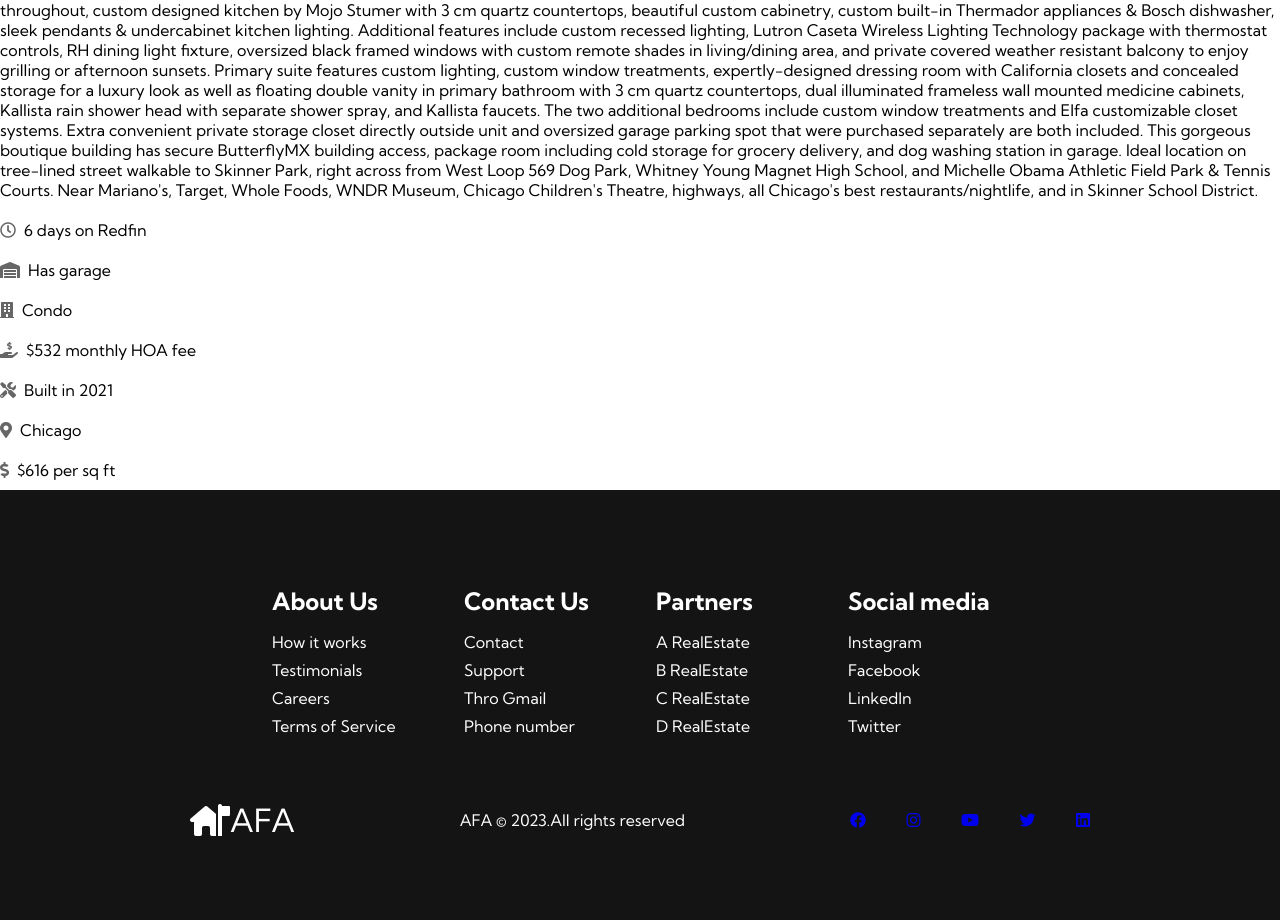
Repository: MrAllin1/ProgWWW_23_Gr1
Page: pages/Apartment1.html
These files come from the project's save history. The page is drawn as it stood at one moment and after the next save; the edit follows.
The browser window is 1280 px wide. The pictures show the part of the page from y = 709 to 1629 px (the page is 1629 px tall).
A picture or video elsewhere on the page could not be fetched, so the positions and the page height are approximate. Some web libraries are served in a nearby version.

Above is the page before, as saved 2024-01-11 01:49:32.

After the next save:
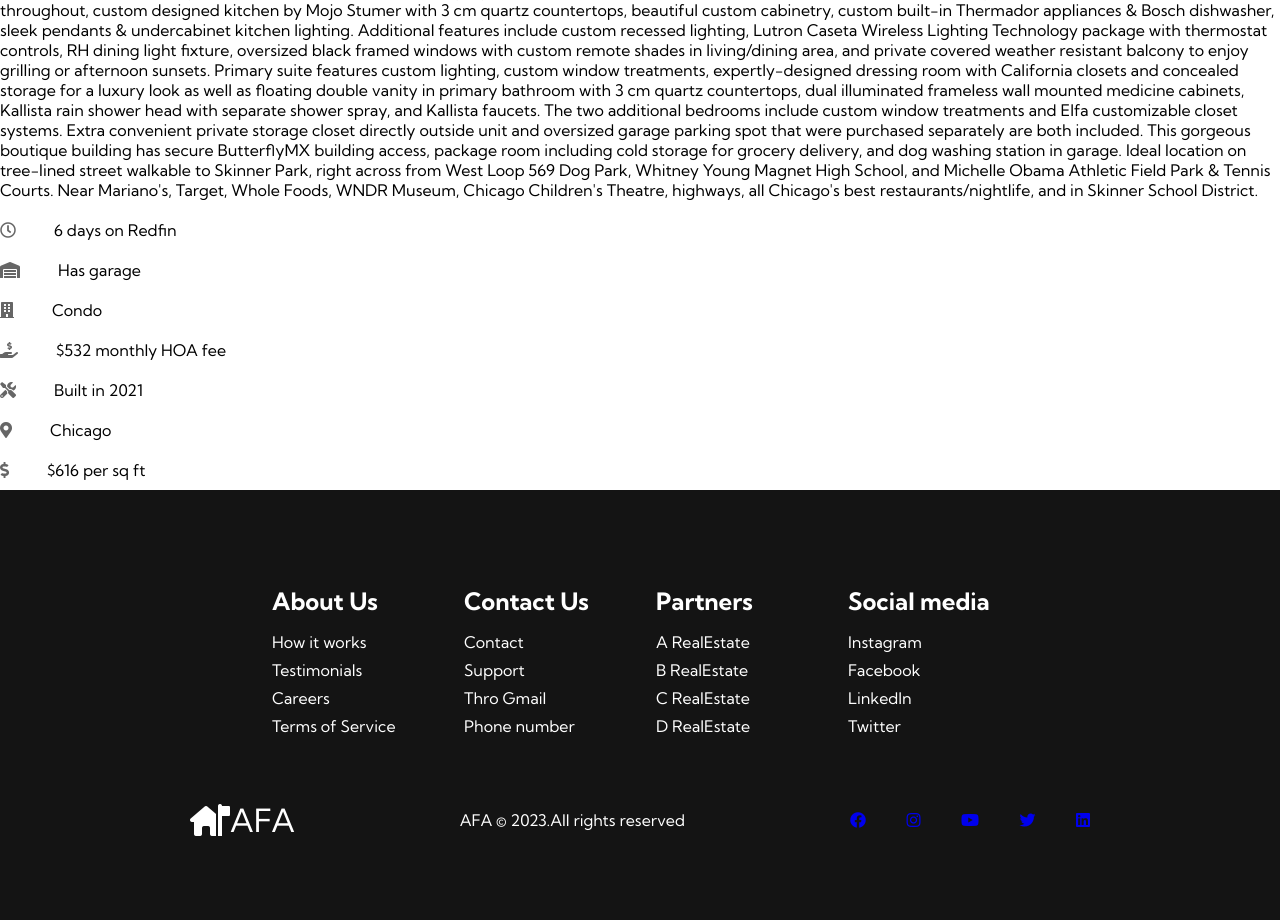
Saved 26 min 17 s later.
--- a/pages/stylesForHouse.css
+++ b/pages/stylesForHouse.css
@@ -322,6 +322,7 @@
     align-items: center;
     margin-bottom: 10px; /* space between items */
     margin-top: 20px;
+    column-gap:30px;
   }
 
   .feature i {
